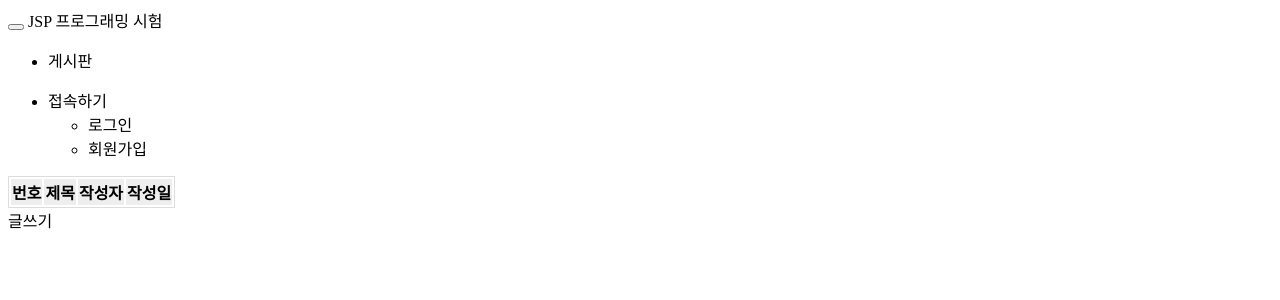
Repository: yujin149/noticeJSP
Page: http://localhost/BBS/bbs.jsp
These files come from the project's save history. The page is drawn as it stood at one moment and after the next save; the edit follows.
The browser window is 1280 px wide. The pictures show the whole page.
Some web libraries are served in a nearby version. The page is served by Tomcat 9. Other server files are loaded and not shown. Queries for data that is not in the repository find no rows.

Above is the page before, as saved 2024-11-29 02:16:25.

### BBS/src/main/webapp/bbs.jsp
<%@ page language="java" contentType="text/html; charset=UTF-8"
	pageEncoding="UTF-8"%>
<%@ page import="java.io.PrintWriter"%>
<%@ page import="bbs.BbsDAO"%>
<%@ page import="bbs.Bbs"%>
<%@ page import="java.util.ArrayList"%><!-- 게시판 목록을 출력하기 위해 -->
<!DOCTYPE html>
<html>
<head>
<meta charset="UTF-8">
<meta name="viewport" content="width=device-width" , initial-scale="1">
<link rel="stylesheet" href="css/style.css">
<title>JSP 프로그래밍 시험</title>
<style>
	a, a:hover{color:#000; text-decoration:none;}
	a:hover{color:#5cb85c;}
</style>

</head>
<body>
	<%
	String userID = null;
	if (session.getAttribute("userID") != null)
	{
		userID = (String) session.getAttribute("userID");
	}


	int pageNumber = 1;
	if (request.getParameter("pageNumber") != null) {
		pageNumber = Integer.parseInt(request.getParameter("pageNumber"));
	}
	%>
	<nav class="navbar navbar-default">
		<div class="navbar-header">
			<button type="button" class="navbar-toggle collapsed"
				data-toggle="collapse" data-target="#bs-example-navbar-collapse-1"
				aria-expanded="false">
				<span class="icon-bar"></span> <span class="icon-bar"></span> <span
					class="icon-bar"></span>
			</button>
			<a class="navbar-brand" href="bbs.jsp">JSP 프로그래밍 시험</a>
		</div>
		<div class="collapse navbar-collapse"
			id="bs-example-navbar-collapse-1">
			<ul class="nav navbar-nav">
				<!-- 현재 접속한 페이지 active -->
				<li class="active"><a href="bbs.jsp">게시판</a></li>
			</ul>
			<%
			if (userID == null)
			{
			%>
			<ul class="nav navbar-nav navbar-right">
				<li class="dropdown"><a href="#" class="dropdown-toggle"
					data-toggle="dropdown" role="button" aria-haspopup="true"
					aria-expanded="false">접속하기<span class="caret"></span></a>
					<!-- caret = creates a caret arrow icon (▼) -->
					<ul class="dropdown-menu">
						<li><a href="login.jsp">로그인</a></li>
						<li><a href="join.jsp">회원가입</a></li>
					</ul></li>
			</ul>
			<%
			} else
			{
			%>
			<ul class="nav navbar-nav navbar-right">
				<li class="dropdown"><a href="#" class="dropdown-toggle"
					data-toggle="dropdown" role="button" aria-haspopup="true"
					aria-expanded="false">회원관리<span class="caret"></span></a>
					<ul class="dropdown-menu">
						<li><a href="logoutAction.jsp">로그아웃</a></li>
					</ul></li>
			</ul>
			<%
			}
			%>
		</div>
	</nav>

	<div class="container">
		<div class="row">
			<table class="table table-striped"
				style="text-align: center; border: 1px solid #dddddd">
				<thead>
					<tr>
						<th style="background-color: #eeeeee; text-align: center;">번호</th>
						<th style="background-color: #eeeeee; text-align: center;">제목</th>
						<th style="background-color: #eeeeee; text-align: center;">작성자</th>
						<th style="background-color: #eeeeee; text-align: center;">작성일</th>

					</tr>
				</thead>
				<tbody>
					<%
					BbsDAO bbsDAO = new BbsDAO();
					ArrayList<Bbs> list = bbsDAO.getList(pageNumber);
					for (int i = 0; i < list.size(); i++) {
					%>
					<tr>
						<td><%=list.get(i).getBbsNum()%></td>
						<td><a href="view.jsp?bbsID=<%=list.get(i).getBbsNum()%>">
								<%=list.get(i).getBbsTitle().replaceAll(" ", "&nbsp;").replaceAll("<","&lt;")
							.replaceAll(">","&gt;").replaceAll("\n", "<br>")%></a></td>

						<td><%=list.get(i).getUserID()%></td>
						<td><%=list.get(i).getBbsDate().substring(0, 11) + list.get(i).getBbsDate().substring(11, 13) + "시 "
		+ list.get(i).getBbsDate().substring(14, 16) + "분 "%></td>
					</tr>
					<%
					}
					%>
				</tbody>

			</table>
			<%
			if (pageNumber != 1) { //1이 아니라면 이전페이지가 존재하기 때문에 이전 버튼을 만들어줌.
			%>
			<a href="bbs.jsp?pageNumber=<%=pageNumber - 1%>"
				class="btn btn-success btn-arraw-left">이전</a>
			<%
			}
			if (bbsDAO.nextPage(pageNumber + 1)) { //다음페이지가 존재한다면이기 때문에, +1을 해줌.
			%>
			<a href="bbs.jsp?pageNumber=
				<%=pageNumber + 1%>" class="btn btn-success btn-arraw-left">다음</a>
			<%
			}
			%>
			<a href="write.jsp" class="btn btn-primary pull-right">글쓰기</a>
		</div>
	</div>

	<script src="http://code.jquery.com/jquery-3.1.1.min.js"></script>
	<script src="js/bootstrap.js"></script>
</body>
</html>

### BBS/src/main/java/bbs/BbsDAO.java
package bbs;

import java.sql.Connection;
import java.sql.DriverManager;
import java.sql.PreparedStatement;
import java.sql.ResultSet;
import java.util.ArrayList;

public class BbsDAO {
	//UserDAO.java와 동일
	private Connection conn;
	private ResultSet rs;

	public BbsDAO()
	{
		try
		{
			String dbURL = "jdbc:mysql://localhost:3306/testjsp";

			String dbID = "root";
			String dbPassword = "1234";
			Class.forName("com.mysql.jdbc.Driver");

			conn = DriverManager.getConnection(dbURL, dbID, dbPassword);
		}catch(Exception e)
		{
			e.printStackTrace();
		}
	}

	// 게시판 글쓰기를 위한 함수
	public String getDate()
	{
		String SQL = "SELECT NOW()";
		try {
			PreparedStatement pstmt = conn.prepareStatement(SQL);
			rs = pstmt.executeQuery();

			if(rs.next()) {
				return rs.getString(1);
			}

		} catch(Exception e) {
			e.printStackTrace();
		}
		return "";
	}

	public int getNext() // 게시글 번호 입력 함수
	{
		String SQL = "SELECT bbsNum FROM BBS ORDER BY bbsNum DESC";
		try {
			PreparedStatement pstmt = conn.prepareStatement(SQL);
			rs = pstmt.executeQuery();

			if(rs.next()) {
				return rs.getInt(1) + 1;
			}
			return 1;

		} catch(Exception e) {
			e.printStackTrace();
		}
		return -1;
	}

	public int write(String bbsTitle, String userID, String bbsContent) //실제 글을 작성하는 함수
	{
		String SQL = "INSERT INTO BBS VALUES (?, ?, ?, ?, ?, ?)";

		try {
			PreparedStatement pstmt = conn.prepareStatement(SQL);
			pstmt.setInt(1, getNext());
			pstmt.setString(2, bbsTitle);
			pstmt.setString(3, userID);
			pstmt.setString(4, getDate());
			pstmt.setString(5, bbsContent);
			pstmt.setInt(6, 1);

			return pstmt.executeUpdate();

		} catch(Exception e) {
			e.printStackTrace();
		}
		return -1;
	}

	public ArrayList<Bbs> getList(int pageNumber)
	{
		String SQL = "SELECT * FROM BBS WHERE bbsNum < ?  AND bbsAvailable = 1 ORDER BY bbsNum DESC LIMIT 10";

		ArrayList<Bbs> list = new ArrayList<Bbs>();
		try {
			PreparedStatement pstmt = conn.prepareStatement(SQL);
			pstmt.setInt(1, getNext() - (pageNumber - 1) * 10);

			rs = pstmt.executeQuery();

			while(rs.next()) {
				Bbs bbs = new Bbs();
				bbs.setBbsNum(rs.getInt(1));
				bbs.setBbsTitle(rs.getString(2));
				bbs.setUserID(rs.getString(3));
				bbs.setBbsDate(rs.getString(4));
				bbs.setBbsContent(rs.getString(5));
				bbs.setBbsAvailable(rs.getInt(6));
			    list.add(bbs);
			}
		} catch(Exception e) {
			e.printStackTrace();
		}
		return list; //게시글 출력
	}

	public boolean nextPage(int pageNumber)
	{
		String SQL = "SELECT * FROM BBS WHERE bbsNum < ?  AND bbsAvailable = 1 ORDER BY bbsNUm DESC LIMIT 10";

		try {
			PreparedStatement pstmt = conn.prepareStatement(SQL);
			pstmt.setInt(1, getNext() - (pageNumber - 1) * 10);

			rs = pstmt.executeQuery();

			if(rs.next()) {
				return true;
			}
		} catch(Exception e) {
			e.printStackTrace();
		}
		return false;
	}

	public Bbs getBbs(int bbsNum) {
		String SQL = "SELECT * FROM BBS WHERE bbsNum = ?";
		try {
			PreparedStatement pstmt = conn.prepareStatement(SQL);
	        pstmt.setInt(1, bbsNum);
	        rs = pstmt.executeQuery();

			if(rs.next()) {
	            Bbs bbs = new Bbs();
	            bbs.setBbsNum(rs.getInt(1));
	            bbs.setBbsTitle(rs.getString(2));
	            bbs.setUserID(rs.getString(3));
	            bbs.setBbsDate(rs.getString(4));
	            bbs.setBbsContent(rs.getString(5));
	            bbs.setBbsAvailable(rs.getInt(6));
	            return bbs;
	        }
		} catch(Exception e) {
	        e.printStackTrace();
	    }
		return null; // 해당 게시글이 존재하지 않는 경우
	}

	public int update(int bbsNum, String bbsTitle, String bbsContent) {
		String SQL = "UPDATE BBS SET bbsTitle = ?, bbsContent =? WHERE bbsNum = ?";
		try {
			PreparedStatement pstmt = conn.prepareStatement(SQL);
			pstmt.setString(1, bbsTitle);
			pstmt.setString(2, bbsContent);
			pstmt.setInt(3, bbsNum);
			return pstmt.executeUpdate();
		}catch(Exception e){
			e.printStackTrace();
		}
		return -1; //데이터베이스 오류
	}

	public int delete(int bbsNum) {
		String SQL = "UPDATE BBS SET bbsAvailable = 0 WHERE bbsNum = ?";
		//글을 삭제해도 글의 정보가 남아있도록 bbsAvailable 값만 0으로 바꿔줌으로써 삭제기능을 줄 수 있다.
		//게시글 번호는 1번부터 2번, 3, 4, ...올라가서 마지막의 번호를 가져와서 +1해준다.
		try {
			PreparedStatement pstmt = conn.prepareStatement(SQL);
			pstmt.setInt(1, bbsNum);
			return pstmt.executeUpdate();
		}catch(Exception e){
			e.printStackTrace();
		}
		return -1; //데이터베이스 오류
	}
}

Loaded but not shown: BBS/src/main/webapp/js/bootstrap.js (library); BBS/src/main/webapp/css/style.css (no copy from this time; the picture is the same without it)

After the next save:
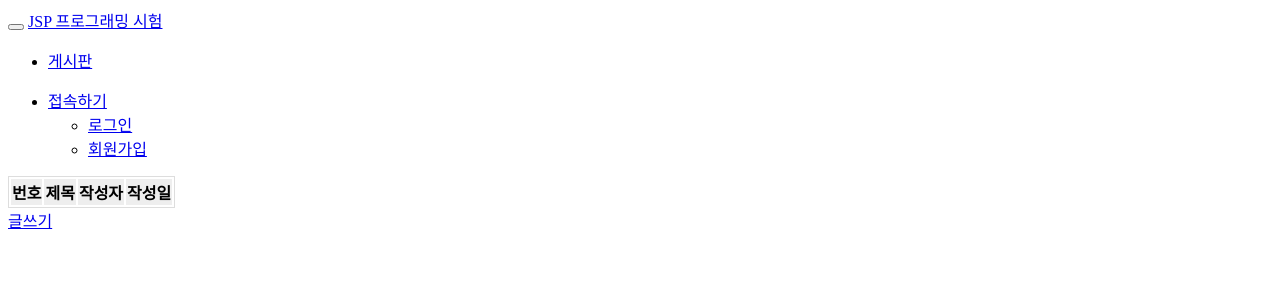
Saved 4 s later.
--- a/BBS/src/main/webapp/bbs.jsp
+++ b/BBS/src/main/webapp/bbs.jsp
@@ -11,10 +11,7 @@
 <meta name="viewport" content="width=device-width" , initial-scale="1">
 <link rel="stylesheet" href="css/style.css">
 <title>JSP 프로그래밍 시험</title>
-<style>
-	a, a:hover{color:#000; text-decoration:none;}
-	a:hover{color:#5cb85c;}
-</style>
+
 
 </head>
 <body>
